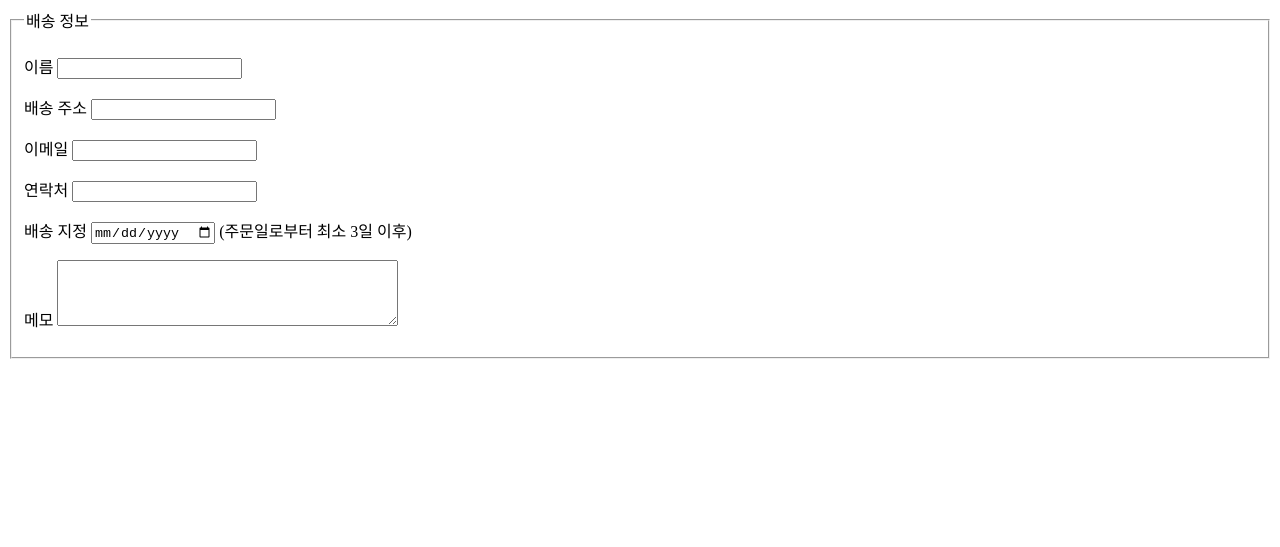
Repository: claddds/2023_webstudy
Page: 01_html/src/main/webapp/day04/ex03_test03_an.html
The author's editor kept a copy of each file at every save. The page is drawn from the files as they stood at one save, then again after the next save.
The browser window is 1280 px wide. The pictures show the whole page.

Above is the page before, as saved 2023-06-22 05:44:25.

After the next save:
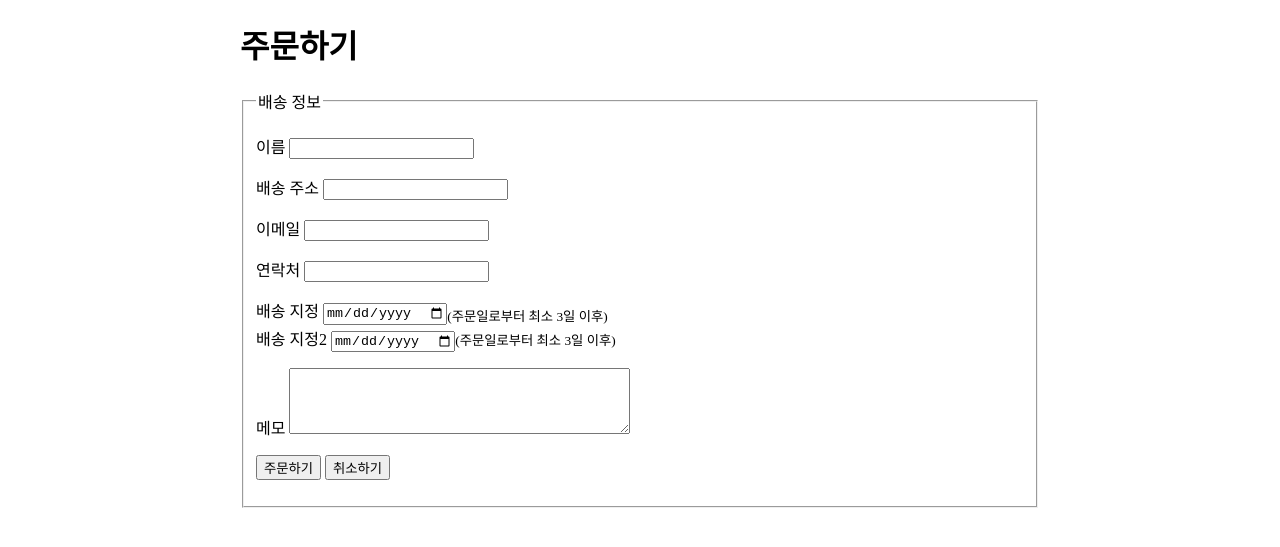
Saved 13 min 39 s later.
--- a/01_html/src/main/webapp/day04/ex03_test03_an.html
+++ b/01_html/src/main/webapp/day04/ex03_test03_an.html
@@ -3,44 +3,52 @@
 <head>
 <meta charset="UTF-8">
 <title>배송정보</title>
+<style type="text/css">
+	#mydiv{
+		width: 800px;
+		margin: auto;
+	}
+</style>
 </head>
 <body>
+	<div id="mydiv">
+	<h1>주문하기</h1>
 	<form>
 		<fieldset>
 			<legend>배송 정보</legend>
-
 			<p>
-					<label>이름 </label>
-						<input type="text" name="name">
+				<label for="uname">이름 </label>
+				<input type="text" id="uname" name="name">
 			</p>
-
 			<p>
-				<label>배송 주소 </label>
-					<input type="text" name="addr">
+				<label for="addr">배송 주소 </label>
+				<input type="text" id="addr" name="addr">
 			</p>
-
 			<p>
-				<label>이메일 </label>
-					<input type="text" name="email">
+				<label for="mail">이메일 </label>
+				<input type="text" id="mail" name="mail">
 			</p>
-
 			<p>
-				<label>연락처 </label>
-					<input type="text" name="phone">
+				<label for="phone">연락처</label>
+				<input type="text" id="phone" name="phone">
 			</p>
-
 			<p>
-				<label for="delivery_date">배송 지정</label>
-					<input type="date" id="delivery_date" name = delivery_date">
-					(주문일로부터 최소 3일 이후)
+				<label for="d_day">배송 지정</label>
+				<input type="date" id="d_day" name = "d_day"><sub>(주문일로부터 최소 3일 이후)</sub><br>
+				<label for="d_day2">배송 지정2</label>
+				<!-- 한 사이즈 작은 글꼴 -->
+				<input type="date" id="d_day2" name="d_day2"><small>(주문일로부터 최소 3일 이후)</small>
 			</p>
-
 			<p>
 				<label for="memo">메모</label>
-					<textarea id ="memo" cols="40" rows="4"></textarea>
+				<textarea id ="memo" cols="40" rows="4"></textarea>
 			</p>
-
+			<p>
+				<input type="submit" value="주문하기">
+				<input type="reset" value="취소하기">
+			</p>
 		</fieldset>
 	</form>
+	</div>
 </body>
 </html>
